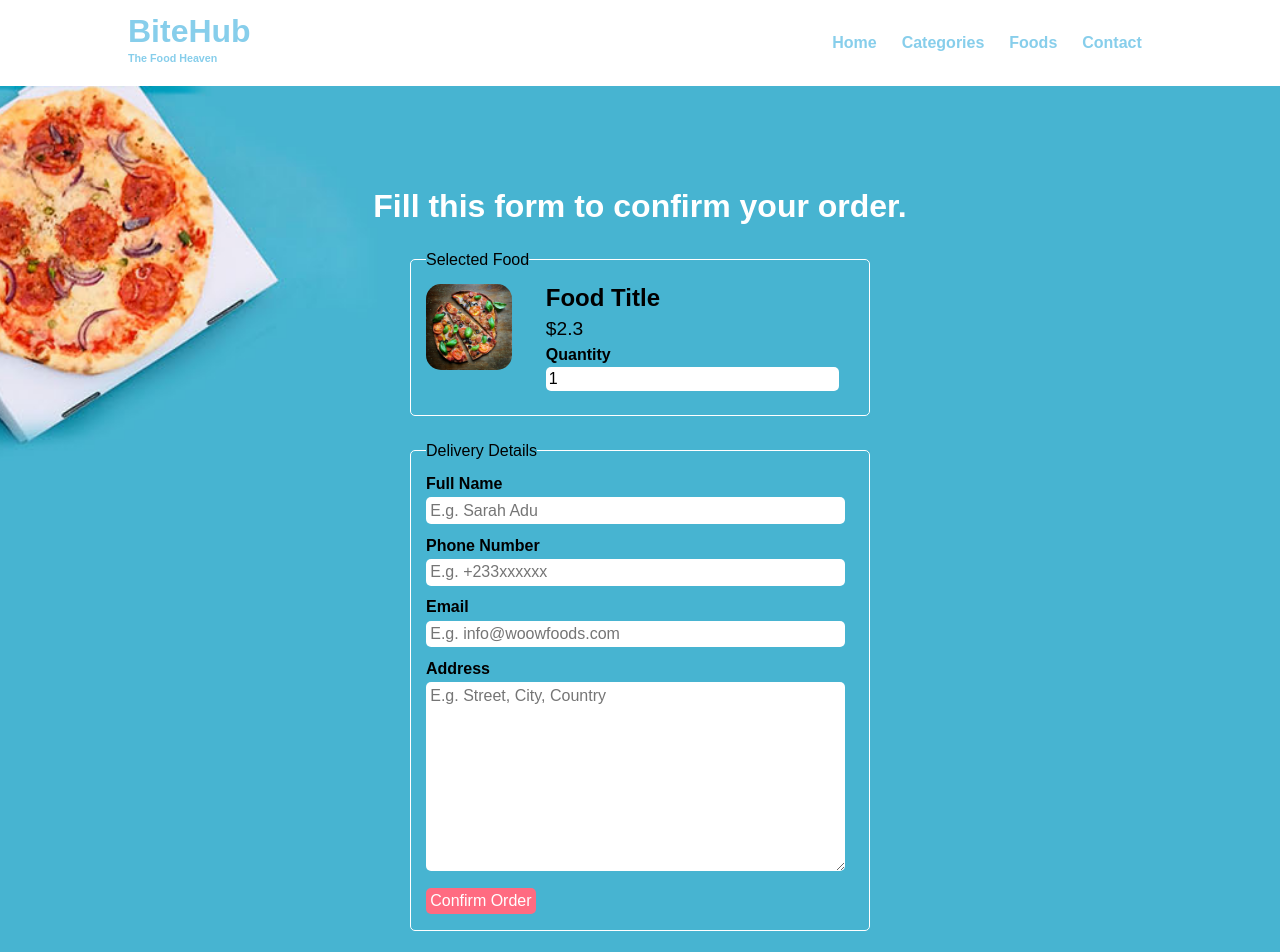
Repository: Saviour-Dagadu/food-order-front
Page: order.html
An editor plug-in stored every save of this project. The page is shown before and after the next save, followed by the edit.
The browser window is 1280 px wide. The pictures show the part of the page from y = 0 to 952 px (the page is 1736 px tall).
A picture or video elsewhere on the page could not be fetched, so the positions and the page height are approximate.

Above is the page before, as saved 2024-05-16 11:34:23.

After the next save:
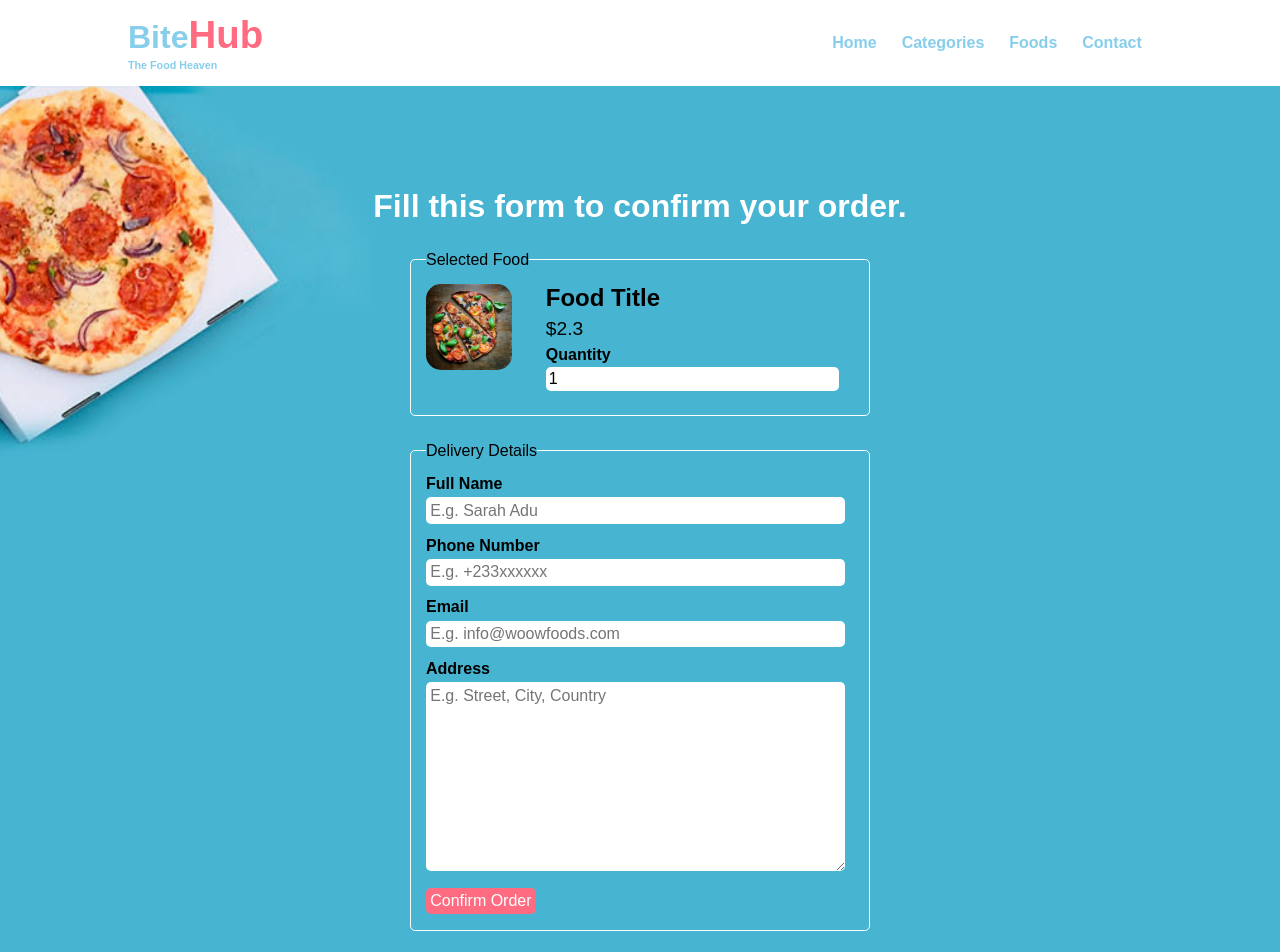
Saved 96 s later.
--- a/order.html
+++ b/order.html
@@ -16,7 +16,7 @@
         <div class="container">
             <div class="logo">
                 <a href="#" title="Logo">
-                    <h2>BiteHub</h2><h6><span>The Food Heaven</span></h6>
+                    <h2>Bite<span>Hub</span></h2><h6><span>The Food Heaven</span></h6>
                     <!-- <img src="images/logo.png" alt="Restaurant Logo" class="img-responsive"> -->
                 </a>
             </div>
